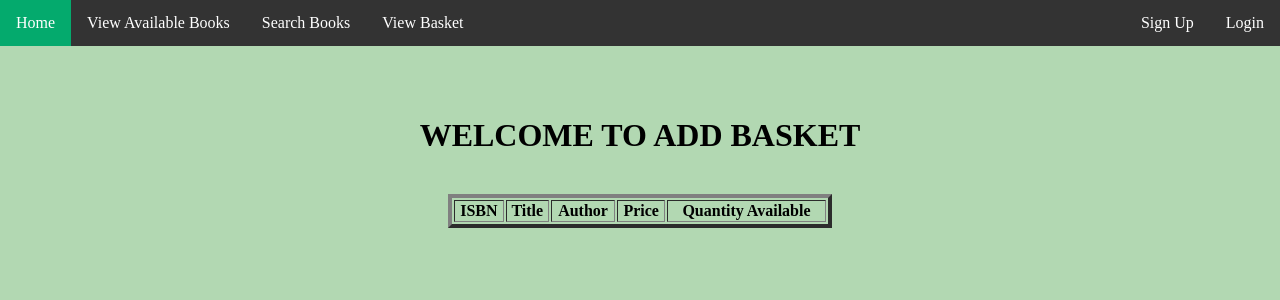
Repository: sach7691/original-book-store
Page: http://localhost/online-book-store-application/view_basket.jsp
These files come from the project's save history. The page is drawn as it stood at one moment and after the next save; the edit follows.
The browser window is 1280 px wide. The pictures show the whole page.
The page is served by Tomcat 9. Other server files are loaded and not shown. The template is opened directly, without the code that normally fills it, so the values that code supplies are empty.

Above is the page before, as saved 2022-08-19 13:04:55.

### online-book-store-application/src/main/webapp/view_basket.jsp
<%@ page language="java" contentType="text/html; charset=ISO-8859-1"
    pageEncoding="ISO-8859-1"%>
<%@ taglib uri="http://java.sun.com/jsp/jstl/core" prefix="c" %>
<%@ page import="java.util.List" %>
<%@page import="com.ab.models.Book" %>
<!DOCTYPE html>
<html>
<head>
<meta charset="ISO-8859-1">
<meta name="viewport" content="width=device-width, initial-scale=1.0">
<title>view books</title>
<style>
body {margin: 0;
 background: rgba(0, 128, 0, 0.3);}

 h1{
 text-align: center;
  padding-top: 50px;

 }
 letter {
   color: #ea503f;
   font-family: Arial;
 }

ul.topnav {
  list-style-type: none;
  margin: 0;
  padding: 0;
  overflow: hidden;
  background-color: #333;
}

ul.topnav li {float: left;}

ul.topnav li a {
  display: block;
  color: white;
  text-align: center;
  padding: 14px 16px;
  text-decoration: none;
}

ul.topnav li a:hover:not(.active) {background-color: #111;}

ul.topnav li a.active {background-color: #04AA6D;}

ul.topnav li.right {float: right;}

@media screen and (max-width: 600px) {
  ul.topnav li.right,
  ul.topnav li {float: none;}
}
</style>
</head>
</head>
<body>
<div>
<ul class="topnav">
  <li><a class="active" href="welcome.jsp">Home</a></li>
  <li><a href="http://localhost:8080/online-book-store-application/ViewBookServlet">View Available Books</a></li>
  <li><a href="search_book.jsp">Search Books</a></li>
  <li><a href="http://localhost:8080/online-book-store-application/BasketViewServlet">View Basket</a></li>
  <li class="right"><a href="login.jsp">Login</a></li>
  <li class="right"><a href="index.jsp">Sign Up</a></li>
</ul>
</div>
<form action="http://localhost:8080/online-book-store-application/BasketAddServlet"  method="GET">
<%
List<Book> bList = (List<Book>)session.getAttribute("bList");

//System.out.println(books);
%>
<div class="letter"><h1>WELCOME TO ADD BASKET</h1></div>
<center>
<br>
<table border="4" style="width:30%">
  <tr>
    <th>ISBN</th>
    <th>Title</th>
    <th>Author</th>
    <th>Price</th>
    <th>Quantity Available</th>
  </tr>
   <c:forEach items="${bList}" var="b">
        <tr style = "text-align :center ">
            <td><c:out value="${b.bookISBN}" /></td>
            <td><c:out value="${b.bookTitle}" /></td>
            <td><c:out value="${b.bookAuthor}" /></td>
            <td><c:out value="${b.bookPrice}" /></td>
            <td><c:out value="${b.quantity}" /></td>
 </form>
 </tr>
    </c:forEach>
</table>
<br>
</center>
</form>
</body>
</html>

After the next save:
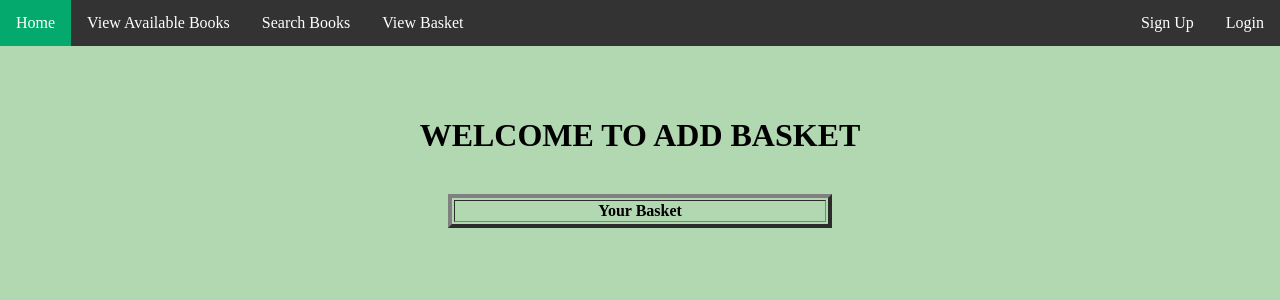
Saved 2 min 12 s later.
--- a/online-book-store-application/src/main/webapp/view_basket.jsp
+++ b/online-book-store-application/src/main/webapp/view_basket.jsp
@@ -67,7 +67,7 @@ ul.topnav li.right {float: right;}
 </div>
 <form action="http://localhost:8080/online-book-store-application/BasketAddServlet"  method="GET">
 <%
-List<Book> bList = (List<Book>)session.getAttribute("bList");
+session.getAttribute("addBook");
 
 //System.out.println(books);
 %>
@@ -76,11 +76,7 @@ List<Book> bList = (List<Book>)session.getAttribute("bList");
 <br>
 <table border="4" style="width:30%">
   <tr>
-    <th>ISBN</th>
-    <th>Title</th>
-    <th>Author</th>
-    <th>Price</th>
-    <th>Quantity Available</th>
+    <th>Your Basket</th>
   </tr>
    <c:forEach items="${bList}" var="b">
         <tr style = "text-align :center ">
